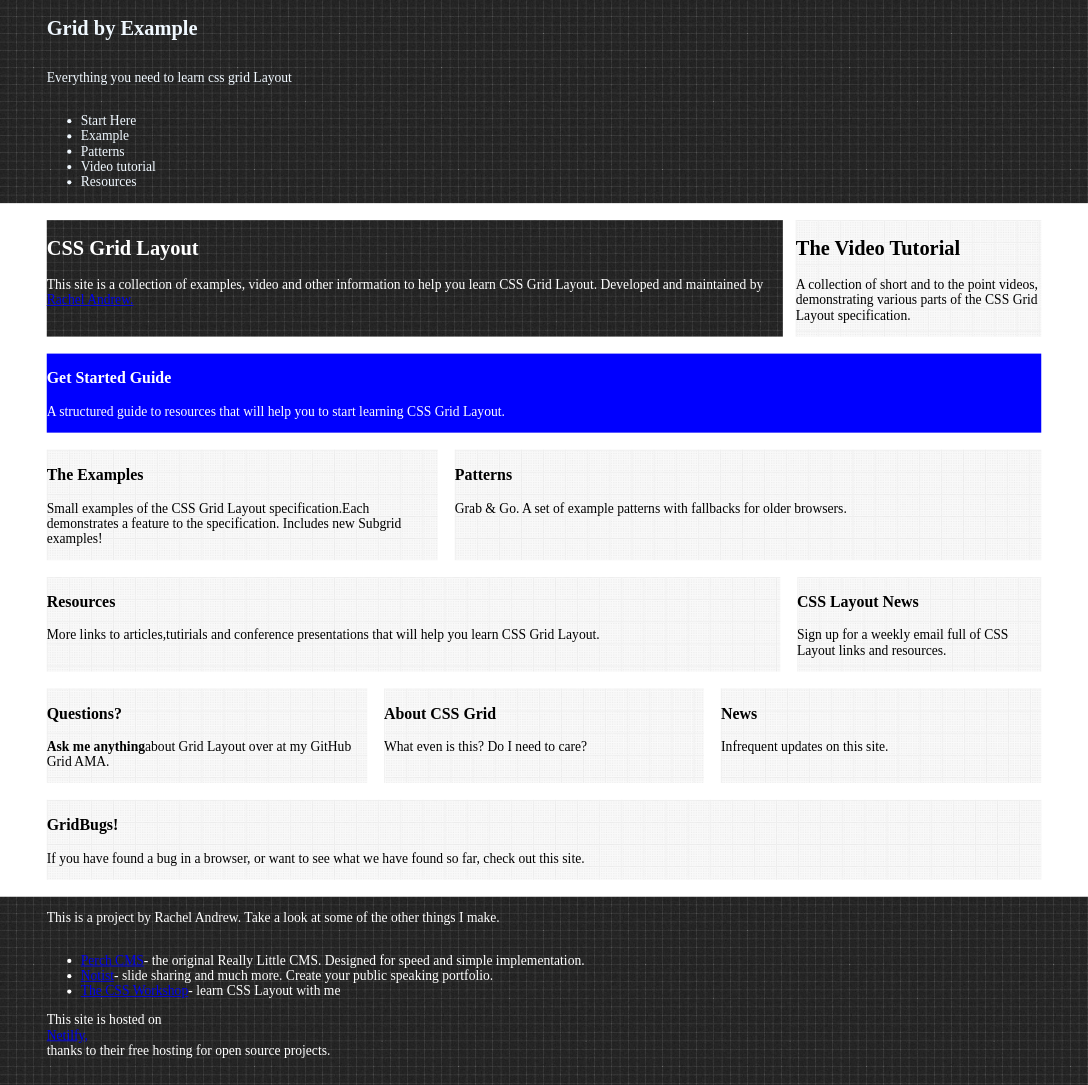
Repository: sitikhusushan/grid
Page: index.html
The author's editor kept a copy of each file at every save. The page is drawn from the files as they stood at one save, then again after the next save.
The browser window is 1280 px wide. The pictures show the whole page, at 85% of full size.

Above is the page before, as saved 2020-05-12 22:28:58.

After the next save:
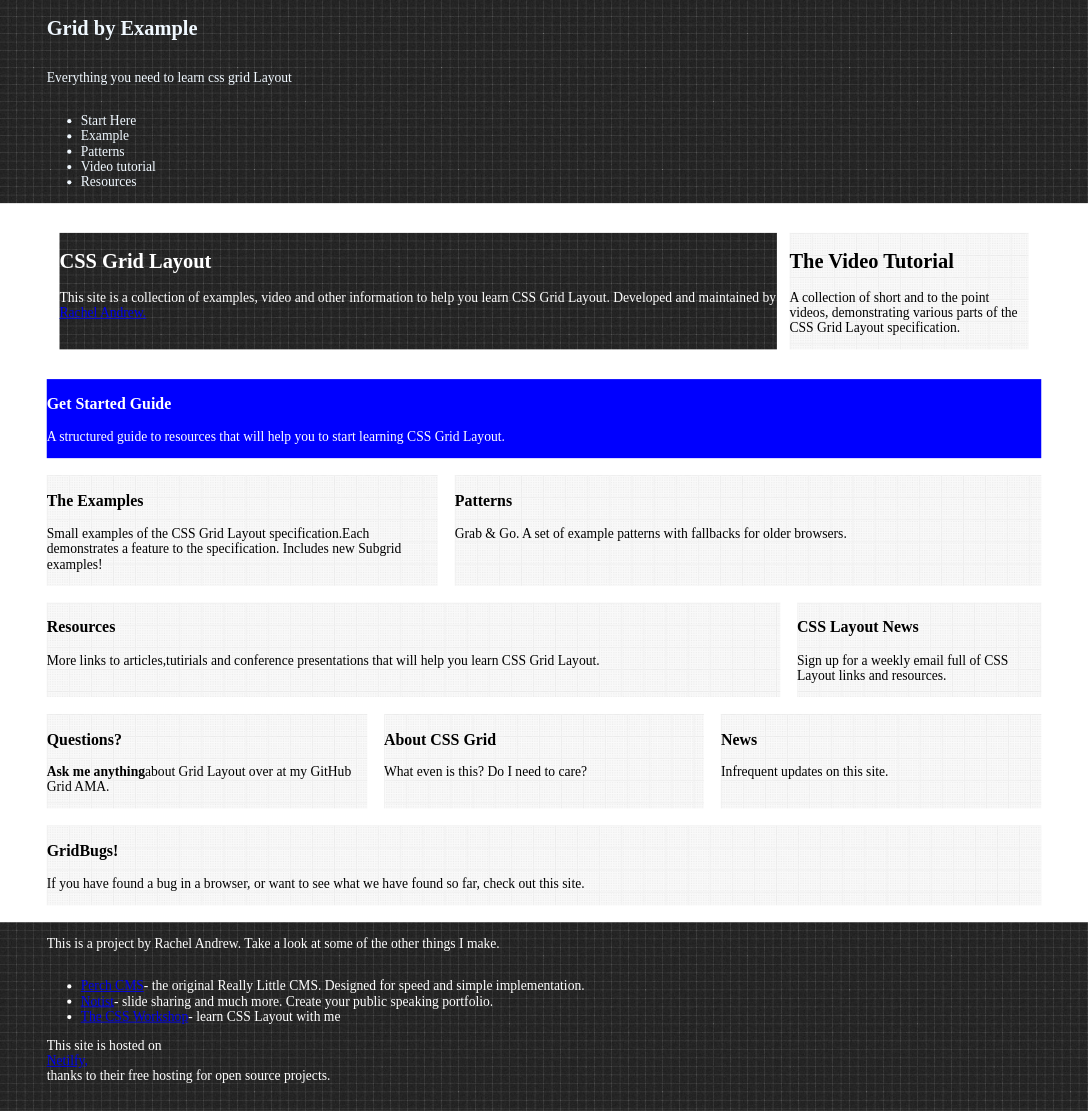
Saved 49 s later.
--- a/style.css
+++ b/style.css
@@ -63,6 +63,7 @@
   grid-gap: 15px;
   margin-top: 20px;
   margin-bottom: 20px;
+  padding: 15px;
 }
 
 .news {

After the save that followed:
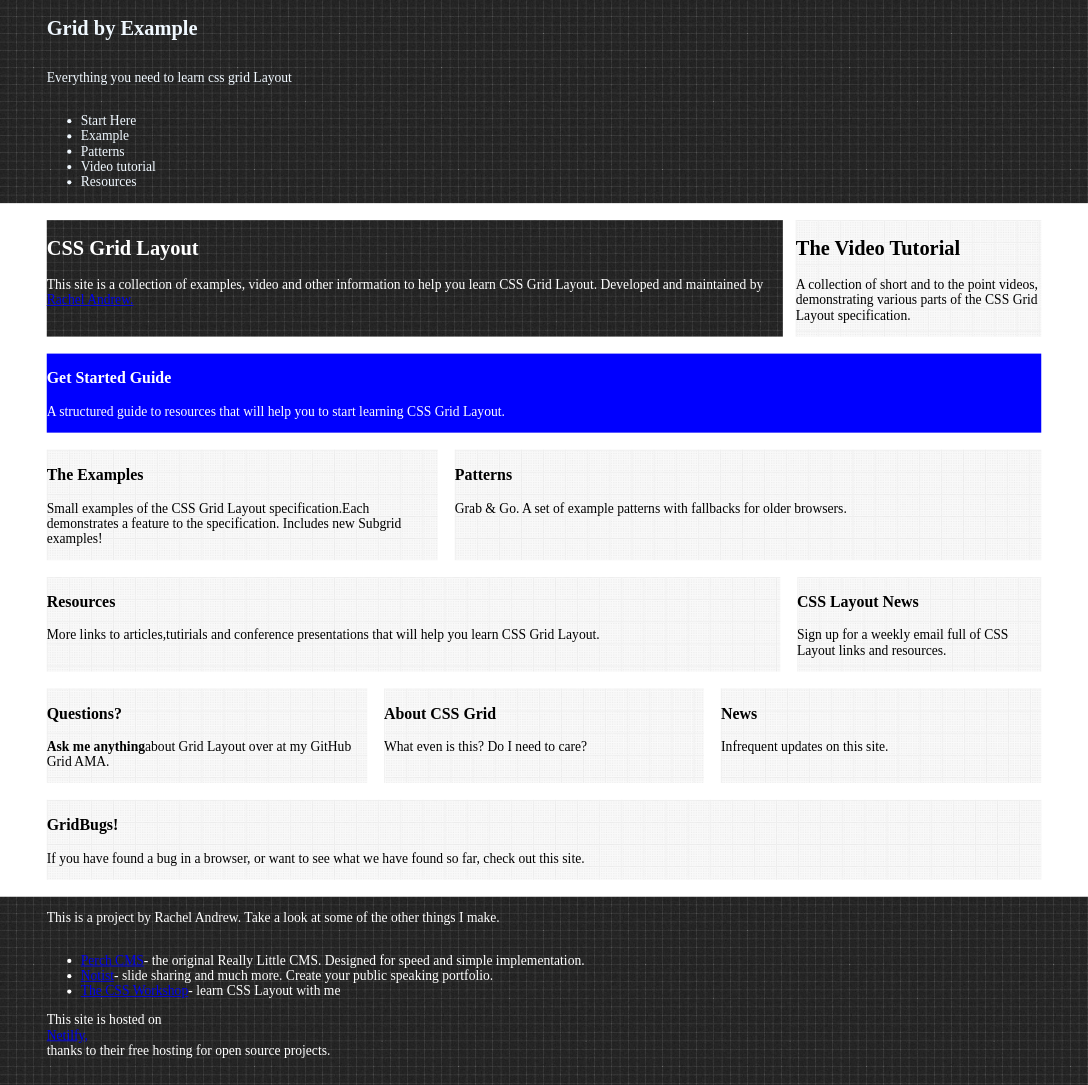
Saved 62 s later.
--- a/style.css
+++ b/style.css
@@ -63,7 +63,6 @@
   grid-gap: 15px;
   margin-top: 20px;
   margin-bottom: 20px;
-  padding: 15px;
 }
 
 .news {
